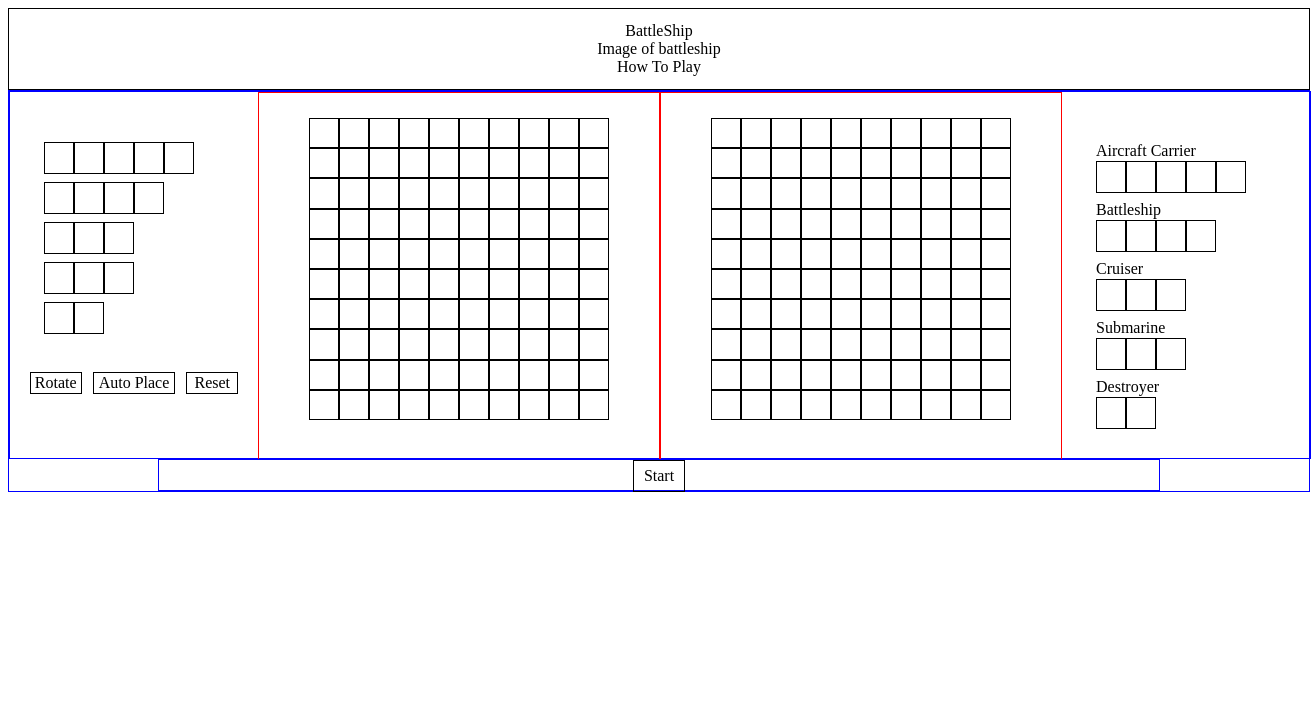
Repository: J-Haze/BattleshipApp
Page: /
These files come from the project's save history. The page is drawn as it stood at one moment and after the next save; the edit follows.
The browser window is 1280 px wide. The page is 1311 px wide, so the pictures cover 1311 px, including what lies to the right of the window. The pictures show the whole page.
The project was rebuilt for these pictures with package versions that can differ from the ones it lists, and the page was loaded fresh each time. Also part of the build but not shown: src/index.css, src/Components/ModalEnd.js.

Above is the page before, as saved 2020-09-26 16:24:09.

### src/App.js
import React from "react";
import "./App.css";
import Game from "./Components/Game";
import Header from "./Components/Header"
// import { ProgressPlugin } from "webpack";

//test

function App() {
  return (
    <div className="App">
      <Header />
      <Game />
    </div>
  );
}

export default App;

### src/App.css
/* test */
:root{
    --black: #1B262C;
}


header {
    border: 1px solid black;

    display: flex;
    flex-direction: column;
    justify-content: center;
    align-items: center;
    margin-left: auto;
    margin-right: auto;
    width: 1300px;
    height: 80px;

}

/* div {
    border: 1px solid black;
} */

#how-to:hover{
    cursor: pointer;
}

#game{
    width: 1300px;
    height: 400px;
    display: flex;
    flex-direction: column;
    border: 1px solid blue;
    margin-left: auto;
    margin-right: auto;
}

.column{
    width: 400px;
    height: 100%;
    border: 1px solid red;
}

.board{
    height: 300px;
    width: 300px;
    margin-left: auto;
    margin-right: auto;
    margin-top: 25px;

    display: grid;
    grid-template-columns: repeat(1, 1fr);
    grid-template-rows: repeat(10, 1fr);
    gap: 2px;
}

.row{
    display: flex;
    /* height: 30px; */
    height: 1fr;
    width: 1fr;
}

.square{
    /* height: 100%;
    width: 10%; */
    display: flex;
    height: 100%;
    width: 10%;
    border: 1px solid black;
}

.ship{
    background-color:gray;
    height: 100%;
    width: 100%;
}

.hit{
    background-color:red;
    height: 100%;
    width: 100%;
}

.miss{
    background-color:lightblue;
    height: 100%;
    width: 100%;
}

.sunk{
    background-color:black;
    height: 100%;
    width: 100%;
}

.empty{
    /* background-color: yellow; */
    height: 100%;
    width: 100%;
}

.clickable:hover{
    background-color: rgb(205, 205, 205);
    cursor: pointer;
}

#top-row{
    display: flex;
    width: 1300px;
    height: 400px;
    border: 1px solid blue;
    margin-left: auto;
    margin-right: auto;
}

#bottom-row{
    display: flex;
    width: 1000px;
    height: 30px;
    border: 1px solid blue;
    margin-left: auto;
    margin-right: auto;
}

#start-button{
    margin-left: auto;
    margin-right: auto;
}

.fleet-square{
    width: 30px;
    height: 30px;
    border: 1px solid black;
}

.ship-text{
    margin-left: 20px;
    margin-right: auto;
    margin-bottom: 1px;
    /* border: 1px solid black; */
}

.fleet-horizontal{
    height: 220px;
    width: 220px;
    margin-top: 50px;
    margin-left: auto;
    margin-right: auto;
}

.ship-harbor-horizontal{
    display: flex;
    height: 30px;
    margin-bottom: 10px;
    margin-left: 20px;
    border: none;
}

.carrier-horizontal{
    width: 150px;
}

.battleship-horizontal{
    width: 120px;
}

.cruiser-horizontal{
    width: 90px;
}

.submarine-horizontal{
    width: 90px;
}

.destroyer-horizontal{
    width: 60px;
}

.fleet-vertical{
    display: flex;
    height: 220px;
    width: 220px;
    margin-top: 50px;
    margin-left: auto;
    margin-right: auto;
}

.ship-harbor-vertical{
    display: flex;
    flex-direction: column;
    width: 30px;
    margin-left: 10px;
    margin-top: 50px;
    border: none;
}

.carrier-vertical{
    height: 150px;
}

.battleship-vertical{
    height: 120px;
}

.cruiser-vertical{
    height: 90px;
}

.submarine-vertical{
    height: 90px;
}

.destroyer-vertical{
    height: 60px;
}

.toggle{
    background-color: gray;
}

.boat-placed{
    background-color: black;
    width: 30px;
    height: 30px;
    border: 1px solid black;
}

#setup{
    margin-left: auto;
    margin-right: auto;
}

#setup-buttons{
    display: flex;
    margin-top: 10px;
}

.btn{
    height: 20px;
    display: flex;
    justify-content: center;
    align-items: center;
    margin-left: auto;
    margin-right: auto;
    border: 1px solid black;
}

.btn:hover{
    cursor: pointer;
}

#rotate{
    width: 50px;
}

#auto-place{
    width: 80px;
}

#reset{
    width: 50px;
}

#start-button{
    border: 1px solid black;
    display: flex;
    justify-content: center;
    align-items: center;
    width: 50px;
    height: 30px;
}

#start-button:hover{
    cursor: pointer;
}

#newGame{
    border: 1px solid black;
    display: flex;
    justify-content: center;
    align-items: center;
    margin-left: auto;
    margin-right: auto;
    width: 80px;
    height: 30px;
}

#newGame:hover{
    cursor: pointer;
}


/* End of Game Modal */

.modal{
    display: block;
    position: fixed;
    z-index: 1;
    left: 0;
    top: 0;
    width: 100vw;
    min-width: 1300px;
    height: 100vh;
    /* overflow: auto; */
    background-color: rgb(0,0,0);
    background-color: rgba(0,0,0,0.4);
  }

  .modal-content{
    display: flex;
    flex-direction: column;
    background-color: #fefefe;
    margin-left: auto;
    margin-right: auto;
    margin-top: 1vh;
    padding: 20px;
    padding-top: 0px;
    border: 1px solid #888;
    width: 600px;
    justify-content: center;
    align-items: center;
  }

  .close{
    color: #aaa;
    float: right;
    margin-left: 100%;
    font-size: 28px;
    height: 10px;
    font-weight: bold;
    /* border: 1px solid black; */
  }

  .close:hover, .close:focus {
    color: black;
    text-decoration: none;
    cursor: pointer;
  }

  .message{
      font-size: 3em;
      /* border: 1px solid black; */
      margin-bottom: 5px;
  }

.image{
    width: 500px;
    margin-left: auto;
    margin-right: auto;
    margin-bottom: 20px;
}

### src/Components/Header.js
import React, { useState, useEffect } from "react"
import ModalHowTo from "./ModalHowTo.js"
// import shipFactory from "../factories/ship"
// import gameboardFactory from "../factories/gameboard"
// import player from "../factories/player"


function Header() {
    const [howToOpen, setHowToOpen] = useState(null);


    function howTo() {
        setHowToOpen(true)
    }

    function hideModal() {
        setHowToOpen(false)
    }

    return (
        <header>
            <div>BattleShip</div>
            <div> Image of battleship </div>
            <div id="how-to" onClick={() => howTo()}> How To Play </div>
            {howToOpen && <ModalHowTo
                hideModal={hideModal}
            />}
        </header>
    )
}


export default Header;

### src/factories/ship.js

const shipFactory = (shipLength) => {
    const shipNames = {
        1: 'Submarine',
        2: 'Destroyer',
        3: 'Cruiser',
        4: 'Battleship',
        5: 'Carrier',
    };

    const name = shipNames[shipLength];

    if (shipLength == 1) {
        shipLength = 3;
    }


    let ship = [];
    for (let i = 0; i < shipLength; i++) {
        ship.push([false, i, name])
    }

    let hit = (hitLocation) => {
        ship[hitLocation] = [true, hitLocation, name];
        console.log("Hit!", ship)
        console.log(`You've hit my ${name}`)
        // console.log("hits length", hit.length)
        // console.log("ship.length", ship.length)
        return ship
    }

    let isSunk = () => {
        let sunkStatus = false
        ship[0][0] == true ? sunkStatus = true : sunkStatus = false
        for (let square in ship) {
            // console.log("ship:", ship)
            // console.log(ship[square])
            sunkStatus = (ship[square][0] && sunkStatus)
        }
        // let sunkStatus = ship[0].every(Boolean);
        return sunkStatus
    }

    return {
        //id,
        name,
        shipLength,
        ship,
        hit,
        isSunk
    }
}

// const destroyer = shipFactory(2)
// const cruiser = shipFactory(3)
// const battleship = shipFactory(4)
// const carrier = shipFactory(5)

export default shipFactory;

//export default {shipFactory, destroyer, cruiser, battleship, carrier}

//Comment out with not testing
// module.exports = shipFactory;

### src/factories/player.js
// import shipFactory from "./ship"
import gameboardFactory from "./gameboard"

const player = (playerName) => {
    // const submarine = shipFactory(1)
    // const destroyer = shipFactory(2)
    // const cruiser = shipFactory(3)
    // const battleship = shipFactory(4)
    // const carrier = shipFactory(5)
    const getBoard = gameboardFactory();
    const gameboard = getBoard;
    let attackCoord = 100;
    let index = 100;

    const squaresToGuess = [];

    for (let i = 0; i <= 99; i++) {
        squaresToGuess.push(i);
    }
    // console.log(squaresToGuess)

    //Randomly sends an attack
    const sendAttack = (coord) => {
        // if (playerName == "Computer") {
        // }
        // console.log("yes", playerName)
        if (playerName == "Player") {
            attackCoord = coord;
            index = squaresToGuess.indexOf(attackCoord);
            squaresToGuess.splice(index, 1);
        } else {
            // console.log("s2g", squaresToGuess.length - 1)
            attackCoord = Math.floor(Math.random() * (squaresToGuess.length - 1));
            index = squaresToGuess.indexOf(attackCoord);
            squaresToGuess.splice(index, 1);
            // console.log("index:", index)
        }

        // console.log({ attackCoord })
        // console.log("squares to guess:", squaresToGuess)
        return attackCoord
    }



    //send attack will take coordinates and "send an attack" to the OPPOSING board
    //Need to make sure it has an array of 0-99 and takes away the guessed numbers from that array.
    //random between 0 and array.length

    return {
        gameboard,
        squaresToGuess,
        sendAttack
    }
}








export default player;

### src/Components/Board.js
import React, { useState, useEffect } from "react"
// import shipFactory from "../factories/ship"
// import gameboardFactory from "../factories/gameboard"
// import player from "../factories/player"
// import Square from "./Square.js"
import Row from "./Row.js"
// import Player from "./Player.js"

function Board(props) {
    let { id, board, phase, boardID, handlePlaceShip, update } = props;

    const [rowState, setRows] = useState([]);

    // let rows = [];


    useEffect(() => {
        let rows = [];
        for (let i = 0; i < board.length; i += 10) {
            rows.push(board.slice(i, i + 10));
        }
        setRows(rows);
    }, [update]
    );



    return (
        <div id={id} className="board">
            {/* {squareItems} */}
            {rowState.map((row, i) => {
                return (
                    <Row
                        key={i}
                        roww={i}
                        rowObj={row}
                        phase={phase}
                        boardID={boardID}
                        handlePlaceShip={handlePlaceShip}
                    // position={[i, j]}
                    // position={square}
                    // key={square.}
                    // key={book.title}
                    // book={book}
                    // handleDelete={handleDelete}
                    // toggleRead={toggleRead}
                    // toggleReading={toggleReading}
                    // toggleNotRead={toggleNotRead}
                    />
                );
            })
            }
        </div>
    )
}

export default Board;

### src/Components/Row.js
import React, { useState, useEffect } from "react"
// import shipFactory from "../factories/ship"
// import gameboardFactory from "../factories/gameboard"
// import player from "../factories/player"
import Square from "./Square"

function Row(props) {
    let { roww, rowObj, handleClick, phase, boardID, handlePlaceShip, update } = props;


    useEffect(() => {
        rowObj = rowObj;
    },
        [update]
    );

    return (
        <div className="row">
            {rowObj.map((square, j) => {
                return (
                    <Square
                        key={j}
                        row={roww}
                        col={j}
                        squareObj={square}
                        handleClick={handleClick}
                        phase={phase}
                        boardID={boardID}
                        handlePlaceShip={handlePlaceShip}
                    />
                );
            })
            }
        </div>
    )
};
export default Row;

### src/Components/Fleet.js
import React, { useState, useEffect } from "react"

function Fleet(props) {

    let sunkCarrier = "";
    let sunkBattleship = "";
    let sunkCruiser = "";
    let sunkSubmarine = "";
    let sunkDestroyer = "";

    if (props.boatsSunk.includes("Carrier")) {
        sunkCarrier = "sunk";
    } else {
        sunkCarrier = "";
    };

    if (props.boatsSunk.includes("Battleship")) {
        sunkBattleship = "sunk";
    } else {
        sunkBattleship = "";
    };

    if (props.boatsSunk.includes("Cruiser")) {
        sunkCruiser = "sunk";
    } else {
        sunkCruiser = "";
    };

    if (props.boatsSunk.includes("Submarine")) {
        sunkSubmarine = "sunk";
    } else {
        sunkSubmarine = "";
    };

    if (props.boatsSunk.includes("Destroyer")) {
        sunkDestroyer = "sunk";
    } else {
        sunkDestroyer = "";
    };

    return (
        <div id={props.id} className="fleet-horizontal" >
            <div className="ship-text">Aircraft Carrier</div>
            <div className={`carrier-horizontal ship-harbor-horizontal ${sunkCarrier}`} >
                <div className="fleet-square"></div>
                <div className="fleet-square"></div>
                <div className="fleet-square"></div>
                <div className="fleet-square"></div>
                <div className="fleet-square"></div>
            </div>
            <div className="ship-text"> Battleship </div>
            <div className={`battleship-horizontal ship-harbor-horizontal ${sunkBattleship}`} >
                <div className="fleet-square"></div>
                <div className="fleet-square"></div>
                <div className="fleet-square"></div>
                <div className="fleet-square"></div>
            </div>
            <div className="ship-text">Cruiser</div>
            <div className={`cruiser-horizontal ship-harbor-horizontal ${sunkCruiser}`} >
                <div className="fleet-square"></div>
                <div className="fleet-square"></div>
                <div className="fleet-square"></div>
            </div>
            <div className="ship-text">Submarine</div>
            <div className={`submarine-horizontal ship-harbor-horizontal ${sunkSubmarine}`} >
                <div className="fleet-square"></div>
                <div className="fleet-square"></div>
                <div className="fleet-square"></div>
            </div>
            <div className="ship-text">Destroyer</div>
            <div className={`destroyer-horizontal ship-harbor-horizontal ${sunkDestroyer}`} >
                <div className="fleet-square"></div>
                <div className="fleet-square"></div>
            </div>
        </div >
    )


};

export default Fleet;

### src/Components/Square.js
import React, { useState, useEffect } from "react"
// import shipFactory from "../factories/ship"
// import gameboardFactory from "../factories/gameboard"
// import player from "../factories/player"

function Square(props) {

    const id = (props.row * 10 + props.col)

    let attackClick = () => props.handleClick(id);
    let placementClick = () => props.handlePlaceShip(id);

    let placementMode = null;
    let playerAttack = null;

    if (props.phase == "setup") {
        placementMode = placementClick;
        playerAttack = null;
    } else if (props.phase == "playerTurn") {
        placementMode = null;
        playerAttack = attackClick;
    }

    let playerClickable = "";
    if (props.phase == "setup") {
        playerClickable = " clickable"
    } else {
        playerClickable = "";
    }

    let computerClickable = "";
    if (props.phase == "playerTurn") {
        computerClickable = "clickable"
    } else {
        computerClickable = "";
    }

    if (props.boardID == "player") {
        return (
            <div className="square">
                {(props.squareObj != null) ?
                    ((props.squareObj[0] == false) ?
                        (<div className="ship" key={id}></div>) :
                        (props.squareObj[0] == true) ?
                            (<div className="hit" key={id}>X</div>) :
                            (props.squareObj[0] == "sunk") ?
                                (<div className="sunk" key={id}>X</div>) :
                                (props.squareObj == "miss") ?
                                    (<div className="miss" key={id}>X</div>) :
                                    (<div>error</div>)) :
                    (<div className={`empty ${playerClickable}`} key={id} onClick={placementMode}></div>)
                }
            </div>
        )
    } else {
        return (
            <div className="square">
                {(props.squareObj != null) ?
                    ((props.squareObj[0] == false) ?
                        (<div className="ship" key={id} onClick={playerAttack}></div>) :
                        (props.squareObj[0] == true) ?
                            (<div className="hit" key={id}>X</div>) :
                            (props.squareObj[0] == "sunk") ?
                                (<div className="sunk" key={id}>X</div>) :
                                (props.squareObj == "miss") ?
                                    (<div className="miss" key={id}>X</div>) :
                                    (<div>error</div>)) :
                    (<div className={`empty ${computerClickable}`} key={id} onClick={playerAttack}></div>)
                }
            </div>
        )
    }


}

export default Square;

### src/Components/ModalHowTo.js
import React, { useState, useEffect } from "react";
import winningImage from "../assets/winning-image.png"
import losingImage from "../assets/losing-image.png"

function ModalEnd(props) {


    return (
        <div className="modal">
            <div id="howToModal" className="modal-content">
                <span className="close" onClick={props.hideModal}>&times;</span>
                <div className="howToTop"> <strong>How To Play:</strong></div>
                <div className="howToBottom">
                    <div> <strong>Objective:</strong> The object of Battleship is to try and sink all of the Computer's ships before they sink all of your ships. </div>
                    <div>All of the Computer's ships are hidden somewhere on their board. On your turns, you will select squares on the Computer's board to attack. On the Computer's turns, the computer will guess squares on your board to attack. Neither you nor the Computer can see the other's ships so you must try to guess where they are.
                        </div>
                    <div><strong>Phases:</strong></div>
                    <div><strong>1. Setup:</strong></div>
                    <div>Place your ships somewhere on the board. Or select "Auto Place" to have the ships randomly placed on your board. Then select the "Start" button to begin the game.</div>
                    <div><strong>2. Player Turn:</strong></div>
                    <div>Select a square on the Computer's board to attack. If the attack hits one of the Computer's ships, the square will turn red. If the attack misses the Computer's ships, the square will turn blue.</div>
                    <div><strong>3. Computer Turn:</strong></div>
                    <div>Select a square on the Computer's board to attack. If the attack hits one of the Computer's ships, the square will turn red.</div>
                    <div><strong>4. Repeat 2 & 3: </strong></div>
                    <div>Player and Computer alternate turns until a player sinks all of the other player's ships. When a ship is sunk, the ship in the player's fleet will fade. The first person to sink all 5 of the other player's ships is declared the winner!</div>
                </div>
            </div>
        </div>
    )
}

export default ModalEnd;

Loaded but not shown: public/index.html (common file); src/index.js (common file); src/serviceWorker.js (common file); src/Components/Game.js (297 lines, source omitted); src/factories/gameboard.js (224 lines, source omitted); src/Components/PlayerFleet.js (161 lines, source omitted)

After the next save:
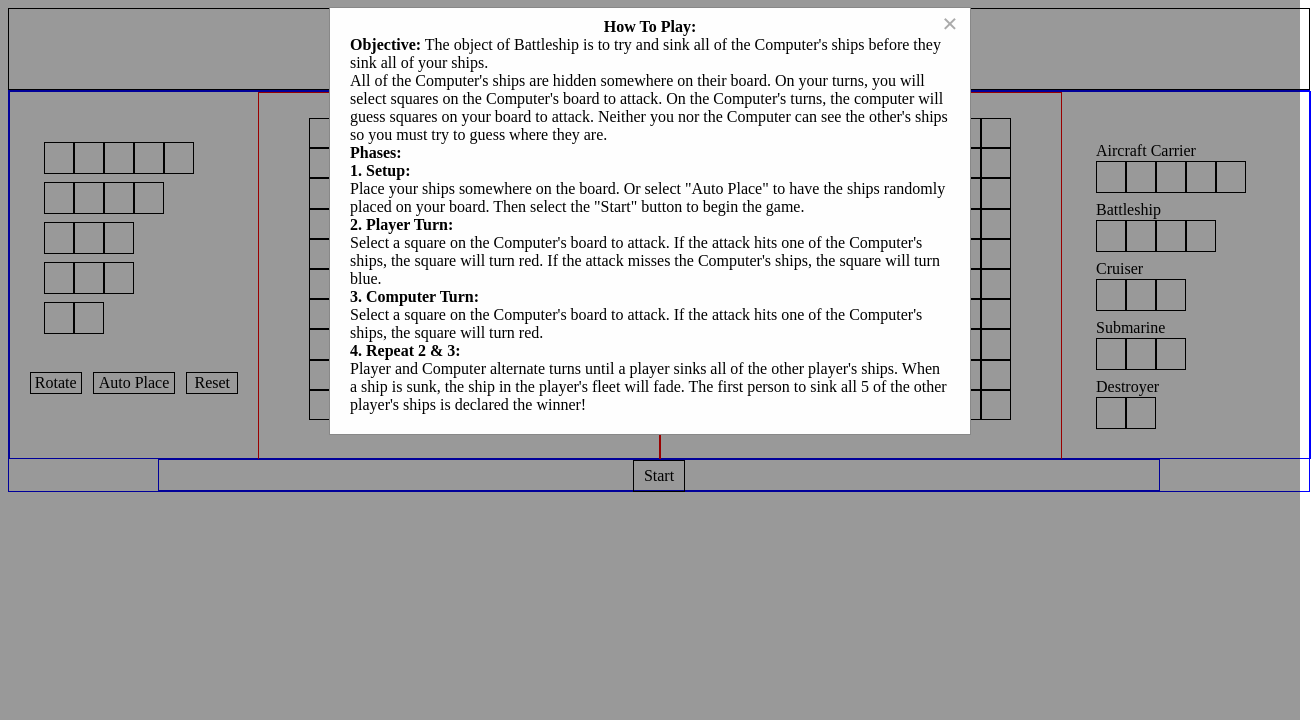
Saved 4 min 19 s later.
--- a/src/Components/Header.js
+++ b/src/Components/Header.js
@@ -6,7 +6,7 @@ import ModalHowTo from "./ModalHowTo.js"
 
 
 function Header() {
-    const [howToOpen, setHowToOpen] = useState(null);
+    const [howToOpen, setHowToOpen] = useState(true);
 
 
     function howTo() {
